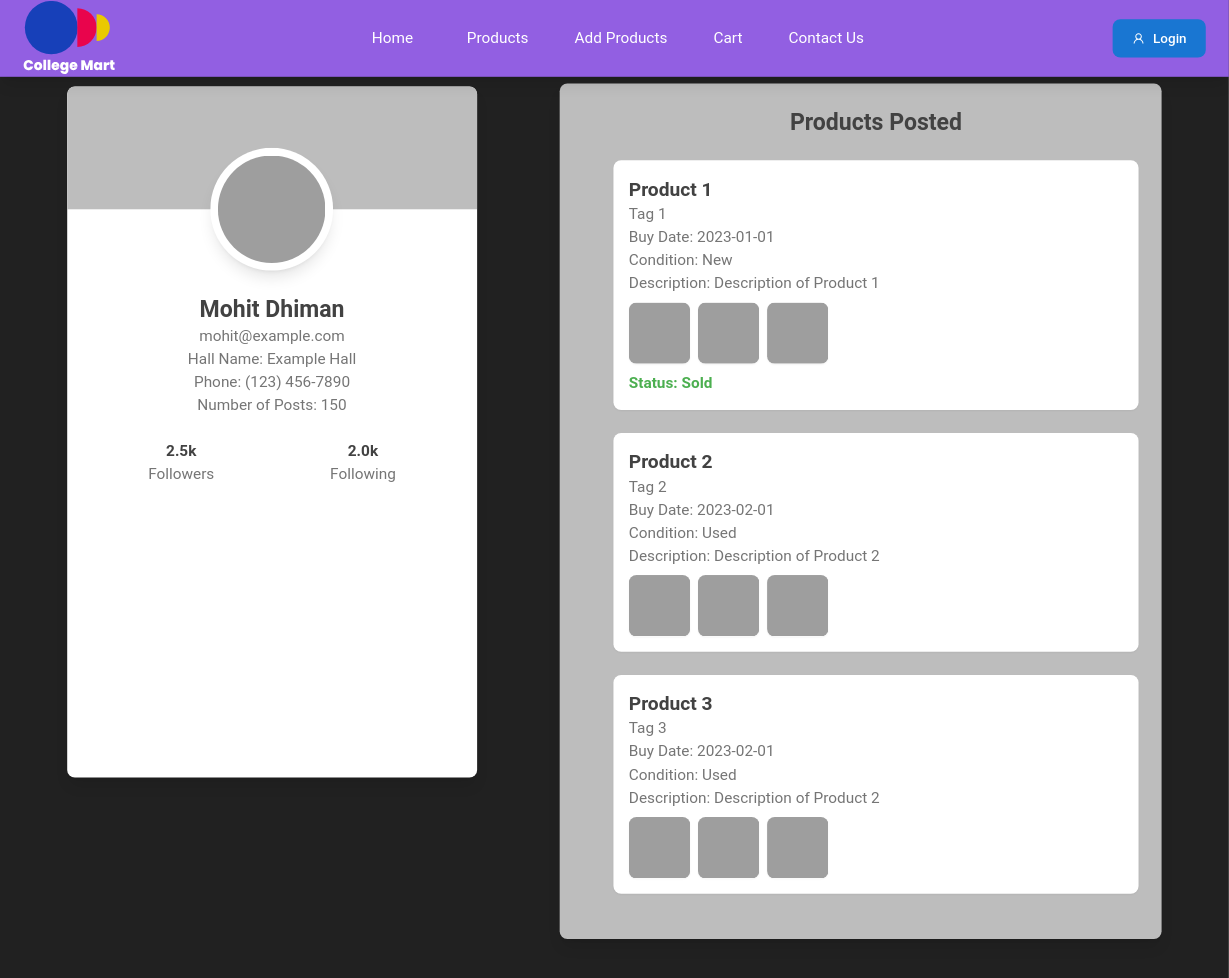
Repository: kumar1397/College-Mart
Page: /home/profile
An editor plug-in stored every save of this project. The page is shown before and after the next save, followed by the edit.
The browser window is 1280 px wide. The pictures show the whole page, at 96% of full size.
Pictures or frames that could not be fetched are drawn as grey boxes. Some web fonts or font styles are not loaded; a fallback is used. Some web libraries are served in a nearby version. The project was rebuilt for these pictures with package versions that can differ from the ones it lists, and the page was loaded fresh each time. Also part of the build but not shown: src/components/forgetPassword/forgetpassword.jsx, src/components/Auth.js, src/components/hero/Heronavbar.jsx, src/components/hero/footer.jsx, src/components/hero/Carousel.jsx, src/components/hero/Hero.jsx, src/components/new-home-page/header.jsx, src/components/new-home-page/footer_cont.jsx and 12 more.

Above is the page before, as saved 2024-07-15 16:12:12.

### public/index.html
<!DOCTYPE html>
<html lang="en">
  <head>
    <meta charset="utf-8" />
    <!-- <link rel="icon" href="%PUBLIC_URL%/favicon.ico" /> -->
    <meta name="viewport" content="width=device-width, initial-scale=1" />
    <meta name="theme-color" content="#000000" />

    <meta
      name="description"
      content="Web site created using create-react-app"
    />
    <link rel="preconnect" href="https://fonts.googleapis.com" />
    <link rel="preconnect" href="https://fonts.gstatic.com" crossorigin />
    <link
      href="https://fonts.googleapis.com/css2?family=Playwrite+GB+S:ital,wght@0,100..400;1,100..400&display=swap"
      rel="stylesheet"
    />
    <link rel="preconnect" href="https://fonts.googleapis.com" />
    <link rel="preconnect" href="https://fonts.gstatic.com" crossorigin />
    <link
      href="https://fonts.googleapis.com/css2?family=Archivo:ital,wght@0,100..900;1,100..900&family=Exo+2:ital,wght@0,600;1,600&display=swap"
      rel="stylesheet"
    />
    <link rel="preconnect" href="https://fonts.googleapis.com" />
    <link rel="preconnect" href="https://fonts.gstatic.com" crossorigin />
    <link
      href="https://fonts.googleapis.com/css2?family=Archivo:ital,wght@0,100..900;1,100..900&family=Exo+2:ital,wght@0,600;1,600&family=Montserrat+Alternates:ital,wght@0,100;0,200;0,300;0,400;0,500;0,600;0,700;0,800;0,900;1,100;1,200;1,300;1,400;1,500;1,600;1,700;1,800;1,900&display=swap"
      rel="stylesheet"
    />
    <link
      rel="stylesheet"
      type="text/css"
      charset="UTF-8"
      href="https://cdnjs.cloudflare.com/ajax/libs/slick-carousel/1.6.0/slick.min.css"
    />
    <link
      rel="stylesheet"
      type="text/css"
      href="https://cdnjs.cloudflare.com/ajax/libs/slick-carousel/1.6.0/slick-theme.min.css"
    />
    <!-- <link rel="apple-touch-icon" href="%PUBLIC_URL%/logo192.png" /> -->
    <!-- <link rel="manifest" href="%PUBLIC_URL%/manifest.json" /> -->
    <title>College Mart</title>
  </head>

  <body>
    <noscript>You need to enable JavaScript to run this app.</noscript>
    <div id="root"></div>
  </body>
</html>

### src/index.js
import React from 'react';
import ReactDOM from 'react-dom/client';
import './index.css';
import App from './App';
import reportWebVitals from './reportWebVitals';
// import { BrowserRouter } from 'react-router-dom';

import { ThemeProvider } from "@material-tailwind/react";

const root = ReactDOM.createRoot(document.getElementById('root'));
root.render(

    <React.StrictMode>
      <ThemeProvider>
      <App />
      </ThemeProvider>
    </React.StrictMode>

);

// If you want to start measuring performance in your app, pass a function
// to log results (for example: reportWebVitals(console.log))
// or send to an analytics endpoint. Learn more: https://bit.ly/CRA-vitals
reportWebVitals();

### src/index.css
@tailwind base;
@tailwind components;
@tailwind utilities;


.bgblackAuth {
  background: url('/public/Frame2.svg');
}

.bgcolorAuth {
  background: url('/public/colorbg.svg ')
}

.hnavbg {
  background: url('/public/hnavbg.svg');
  background-size: 100%;
}

.herohomebg {
  background: url('/public/homebg.svg') no-repeat;
  background-size: 100%;
}

@import url('https://fonts.googleapis.com/css2?family=Roboto:wght@400;500;700&display=swap');


.playwrite {
  font-family: "Playwrite GB S", cursive;
  font-optical-sizing: auto;
  font-weight: 400;
  font-style: normal;
}

.exo {
  font-family: "Exo 2", sans-serif;
  font-optical-sizing: auto;
  font-weight: 600;
  font-style: normal;
}

.mont {
  font-family: "Montserrat Alternates", sans-serif;
  font-weight: 300;
  font-style: normal;
}

### src/App.js
import Auth from "./components/Auth";
import Hero from "./components/hero/Hero";
import Home02 from "./components/new-home-page/parent";
import { AuthProvider } from "./contexts/AuthContext";
import ContactUs from "./components/contact-us/contact";
import { Route, Routes, BrowserRouter as Router } from "react-router-dom";
import ProductFormCard from "./components/product/newProduct";
import Profile from "./components/profile/profile";
import ResetPassword from "./components/forgetPassword/resetpassword";
import ForgotPassword from "./components/forgetPassword/forgetpassword";

function App() {
  return (
    <div>
      <Router>
        <AuthProvider>
          <Routes>
            <Route exact path="/" element={<Hero />} />
            <Route path="/auth" element={<Auth />} />
            <Route path="/home" element={<Home02 />} />
            <Route path="/home/profile" element={<Profile />} />
            <Route path="/home/form" element={<ProductFormCard />} />
            <Route path="/contactus" element={<ContactUs />} />
            <Route path="/forgot_password" element={<ForgotPassword/>} />
            <Route path="/reset/:token" element={< ResetPassword/>} />
          </Routes>
        </AuthProvider>
      </Router>
    </div>
  );
}

export default App;

### src/contexts/AuthContext.js
import React, { createContext, useState, useEffect } from "react";
import { useNavigate } from "react-router-dom";

const AuthContext = createContext();

export const AuthProvider = ({ children }) => {
  const [user, setUser] = useState(null);
  const navigate = useNavigate();

  useEffect(() => {
    const token = localStorage.getItem("token");
    const storedUser = JSON.parse(localStorage.getItem("user"));

    if (token && storedUser) {
      setUser(storedUser);
    } else {
      // navigate("");
    }
  }, [navigate]);

  const login = (userData, token) => {
    localStorage.setItem("token", token);
    localStorage.setItem("user", JSON.stringify(userData));
    setUser(userData);
    navigate("/home");
  };

  const logout = () => {
    localStorage.removeItem("token");
    localStorage.removeItem("user");
    setUser(null);
    navigate("/auth");
  };

  return (
    <AuthContext.Provider value={{ user, login, logout }}>
      {children}
    </AuthContext.Provider>
  );
};

export default AuthContext;

### src/components/profile/profile.jsx
import React from "react";
import ProductComponent  from "./UserProfile";
import { FontAwesomeIcon } from '@fortawesome/react-fontawesome';
import { faPhone, faEnvelope } from '@fortawesome/free-solid-svg-icons';
import Navbar from "../new-home-page/navbar";
const products = [
    {
        id: 1,
        name: "Product 1",
        tag: "Tag 1",
        buyDate: "2023-01-01",
        condition: "New",
        description: "Description of Product 1",
        images: ["/logo192.png", "/shoes01.webp","/ycle.webp"]
    },
    {
        id: 2,
        name: "Product 2",
        tag: "Tag 2",
        buyDate: "2023-02-01",
        condition: "Used",
        description: "Description of Product 2",
        images: ["/logo192.png", "/shoes01.webp","/ycle.webp"]
    },
    {
        id: 3,
        name: "Product 3",
        tag: "Tag 3",
        buyDate: "2023-02-01",
        condition: "Used",
        description: "Description of Product 2",
        images: ["/logo192.png", "/shoes01.webp","/ycle.webp"]
    }

];
export default function Profile() {
    return (
        <>
            <Navbar />
            <div className="bg-gray-900 min-h-screen flex">
                <div className="container mx-auto my-16 flex">
                    <div className="lg:w-1/3 bg-white rounded-lg shadow-lg overflow-hidden h-full fixed " style={{ marginRight: "65%", marginTop: "2%", marginBottom: "2%"}}>
                        <div className="h-32 bg-gray-400"></div>
                        <div className="flex justify-center -mt-16">
                            <img className="h-32 w-32 bg-white p-2 rounded-full shadow-lg" src="https://images.unsplash.com/photo-1535713875002-d1d0cf377fde?ixid=MnwxMjA3fDB8MHxwaG90by1wYWdlfHx8fGVufDB8fHx8&ixlib=rb-1.2.1&auto=format&fit=crop&w=2000&q=80" alt="Profile" />
                        </div>
                        <div className="p-6 text-center">
                            <h2 className="text-2xl font-semibold text-gray-800">Mohit Dhiman</h2>
                            <p className="text-gray-600">mohit@example.com</p>
                            <p className="text-gray-600">Hall Name: Example Hall</p>
                            <p className="text-gray-600">Phone: (123) 456-7890</p>
                            <p className="text-gray-600">Number of Posts: 150</p>
                            <div className="mt-6 flex justify-around">
                                <div className="text-center">
                                    <p className="font-semibold text-gray-800">2.5k</p>
                                    <p className="text-gray-600">Followers</p>
                                </div>
                                <div className="text-center">
                                    <p className="font-semibold text-gray-800">2.0k</p>
                                    <p className="text-gray-600">Following</p>
                                </div>
                            </div>
                        </div>
                    </div>

                    <div className="lg:ml-1/3 w-full bg-gray-400 rounded-lg shadow-lg overflow-y-auto h-full pl-8" style={{ marginLeft: "45%" , marginTop: "2%"}}>
                        <div className="p-6">
                            <h2 className="text-2xl font-semibold text-gray-800 text-center">Products Posted</h2>
                            <div className="mt-6 space-y-6">
                                {products.map((product, index) => (
                                    <div key={product.id} className="p-4 bg-white rounded-lg shadow-sm">
                                        <h3 className="text-xl font-bold text-gray-800">{product.name}</h3>
                                        <p className="text-gray-600">{product.tag}</p>
                                        <p className="text-gray-600">Buy Date: {product.buyDate}</p>
                                        <p className="text-gray-600">Condition: {product.condition}</p>
                                        <p className="text-gray-600">Description: {product.description}</p>
                                        <div className="mt-2 flex space-x-2">
                                            {product.images.map((image, imgIndex) => (
                                                <img key={imgIndex} src={image} alt={`Product ${product.id}`} className="w-16 h-16 rounded-lg shadow-sm" />
                                            ))}
                                        </div>
                                        {index === 0 && <p className="mt-2 text-green-500 font-semibold">Status: Sold</p>}
                                    </div>
                                ))}
                            </div>
                        </div>
                    </div>
                </div>
            </div>
        </>


    )
}

### src/components/new-home-page/navbar.jsx
import React, { useState, useContext } from "react";
import { Link } from "react-router-dom";
import {
  AiOutlineClose,
  AiOutlineMenu,
  AiOutlineUser,
  AiOutlineLogout,
} from "react-icons/ai";
import AuthContext from "../../contexts/AuthContext";
import Logo from "./logo.svg"
const Navbar = () => {
  const { user, logout } = useContext(AuthContext);
  const [nav, setNav] = useState(false);
  const [isDropdownOpen, setIsDropdownOpen] = useState(false);

  const navItems = [
    { id: 1, text: "Home", path: "/" },
    { id: 2, text: "Products", path: "/products" },
    { id: 3, text: "Add Products", path: "/add-products" },
    { id: 4, text: "Cart", path: "/cart" },
    { id: 4, text: "Contact Us", path: "/contactus" },
  ];

  const handleNav = () => setNav(!nav);
  const toggleDropdown = () => setIsDropdownOpen(!isDropdownOpen);

  return (
    <div className="bg-[#925FE2] shadow-lg flex justify-between z-20 items-center h-20 w-full px-6 text-white fixed">
      <div className="flex items-center space-x-2">
        <div className=" w-24 max-w-24"><img src={Logo} alt="" /></div>
      </div>

      <ul className="hidden md:flex space-x-4">
        {navItems.map((item) => (
          <li
            key={item.id}
            className="p-4 hover:bg-white rounded-xl m-2 cursor-pointer duration-300 hover:text-black"
          >
            <Link to={item.path}>{item.text}</Link>
          </li>
        ))}
      </ul>

      <div className="block md:hidden" onClick={handleNav}>
        {nav ? <AiOutlineClose size={20} /> : <AiOutlineMenu size={20} />}
      </div>

      <ul
        className={`fixed top-0 left-0 w-[60%] h-full border-r border-r-gray-900 bg-[#000300] ease-in-out duration-500 ${
          nav ? "left-0" : "left-[-100%]"
        } md:hidden`}
      >
        <h1 className="w-full text-3xl font-bold text-[#00df9a] m-4">REACT.</h1>
        {navItems.map((item) => (
          <li
            key={item.id}
            className="p-4 border-b rounded-xl hover:bg-[#00df9a] duration-300 hover:text-black cursor-pointer border-gray-600"
          >
            <Link to={item.path}>{item.text}</Link>
          </li>
        ))}
      </ul>

      <div className="relative flex items-center space-x-4">
        {user ? (
          <>
            <button
              id="dropdownDefaultButton"
              onClick={toggleDropdown}
              className="flex items-center text-white bg-blue-700 hover:bg-blue-800 focus:ring-4 focus:outline-none focus:ring-blue-300 font-medium rounded-lg text-sm px-5 py-2.5 dark:bg-blue-600 dark:hover:bg-blue-700 dark:focus:ring-blue-800"
              type="button"
            >
              <AiOutlineUser className="w-6 h-6 mr-2" />
              <span>{user.name}</span>
              <svg
                className="w-2.5 h-2.5 ml-2"
                aria-hidden="true"
                xmlns="http://www.w3.org/2000/svg"
                fill="none"
                viewBox="0 0 10 6"
              >
                <path
                  stroke="currentColor"
                  strokeLinecap="round"
                  strokeLinejoin="round"
                  strokeWidth="2"
                  d="m1 1 4 4 4-4"
                />
              </svg>
            </button>
            {isDropdownOpen && (
              <div
                id="dropdown"
                className="absolute top-full mt-2 z-10 bg-white divide-y divide-gray-100 w-44 rounded-lg shadow dark:bg-gray-700"
              >
                <ul className="py-2 text-sm text-gray-700 dark:text-gray-200">
                  <li>
                    <Link
                      to="/home/profile"
                      className=" px-4 py-2 hover:bg-gray-100 dark:hover:bg-gray-600 dark:hover:text-white w-full text-left flex items-center"
                    >
                      <AiOutlineUser className="mr-2" />
                      Profile
                    </Link>
                  </li>
                  <li>
                    <button
                      className=" px-4 py-2 hover:bg-gray-100 dark:hover:bg-gray-600 dark:hover:text-white w-full text-left flex items-center"
                      onClick={logout}
                    >
                      <AiOutlineLogout className="mr-2" />
                      Logout
                    </button>
                  </li>
                </ul>
              </div>
            )}
          </>
        ) : (
          <Link
            to="/login"
            className="flex items-center px-5 py-2.5 bg-blue-700 hover:bg-blue-800 focus:ring-4 focus:outline-none focus:ring-blue-300 text-sm font-medium rounded-lg dark:bg-blue-600 dark:hover:bg-blue-700 dark:focus:ring-blue-800"
          >
            <AiOutlineUser className="mr-2" />
            Login
          </Link>
        )}
      </div>
    </div>
  );
};

export default Navbar;

### tailwind.config.js
/** @type {import('tailwindcss').Config} */

// const withMT = require("@material-tailwind/react/utils/withMT");

// const config={
//   content: [
//     "./src/**/*.{js,jsx,ts,tsx}",
//   ],
//   theme: {
//     extend: {},
//   },
//   plugins: [],
// }

// module.exports = withMT(config);

const withMT = require("@material-tailwind/react/utils/withMT");

module.exports = withMT({
  content: ["./src/**/*.{js,jsx,ts,tsx}"],
  theme: {
    extend: {
      keyframes: {
        gradient: {
          '0%': { backgroundPosition: '0% 50%' },
          '50%': { backgroundPosition: '100% 50%' },
          '100%': { backgroundPosition: '0% 50%' },
        },
      },
      animation: {
        'gradient-bg': 'gradient 15s ease infinite',
      },
      backgroundImage: {
        'gradient-radial': 'radial-gradient(circle, var(--tw-gradient-stops))',
        'gradient-linear': 'linear-gradient(270deg, #ff9a9e, #fad0c4, #fad0c4, #ff9a9e)',
      },
    },
  },
  plugins: [],
});

Loaded but not shown: src/reportWebVitals.js (common file)

After the next save:
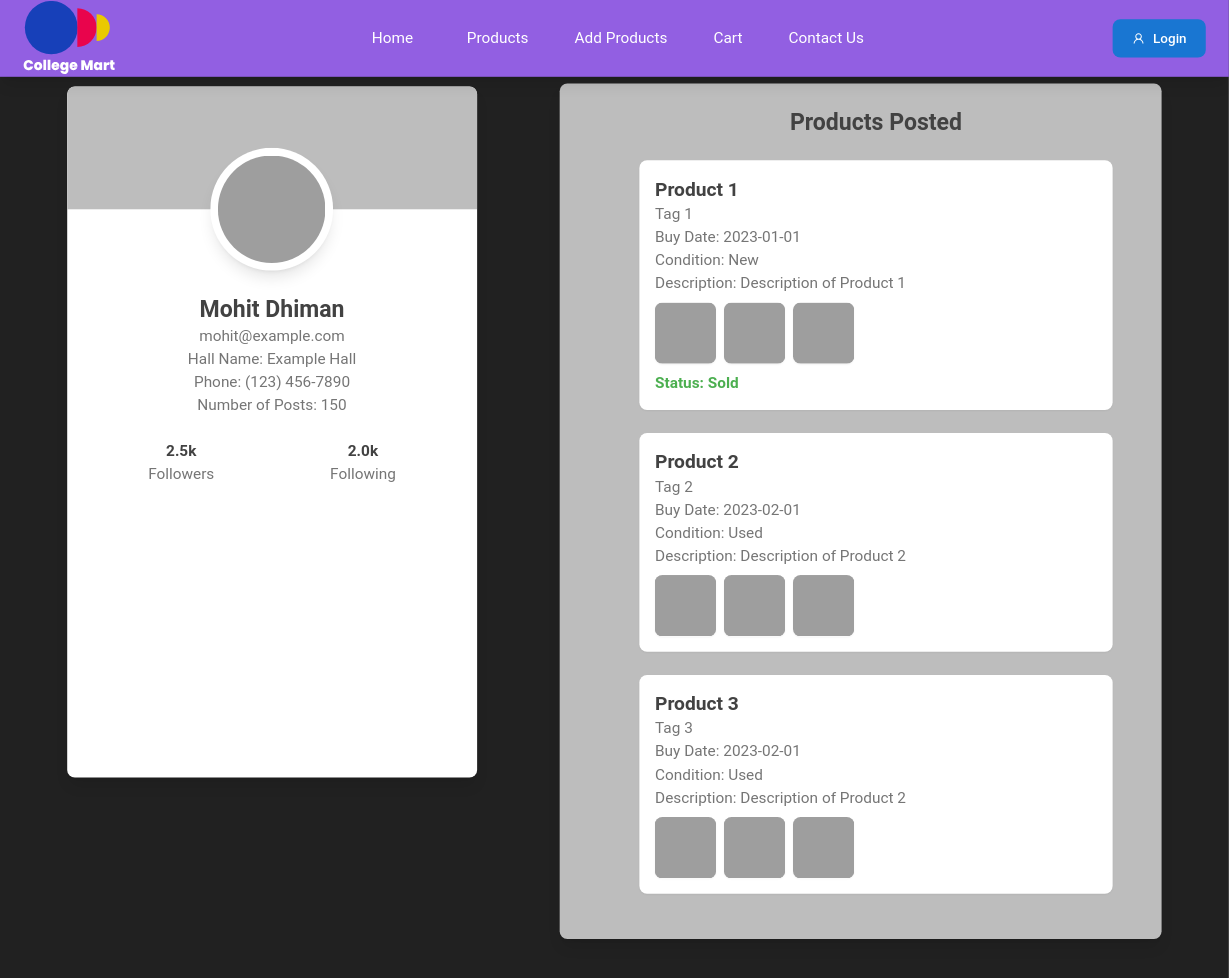
Saved 7 min 45 s later.
--- a/src/components/profile/profile.jsx
+++ b/src/components/profile/profile.jsx
@@ -68,7 +68,7 @@ export default function Profile() {
                             <h2 className="text-2xl font-semibold text-gray-800 text-center">Products Posted</h2>
                             <div className="mt-6 space-y-6">
                                 {products.map((product, index) => (
-                                    <div key={product.id} className="p-4 bg-white rounded-lg shadow-sm">
+                                    <div key={product.id} className="p-4 bg-white rounded-lg shadow-sm mx-auto" style={{ width: "90%" }}>
                                         <h3 className="text-xl font-bold text-gray-800">{product.name}</h3>
                                         <p className="text-gray-600">{product.tag}</p>
                                         <p className="text-gray-600">Buy Date: {product.buyDate}</p>
